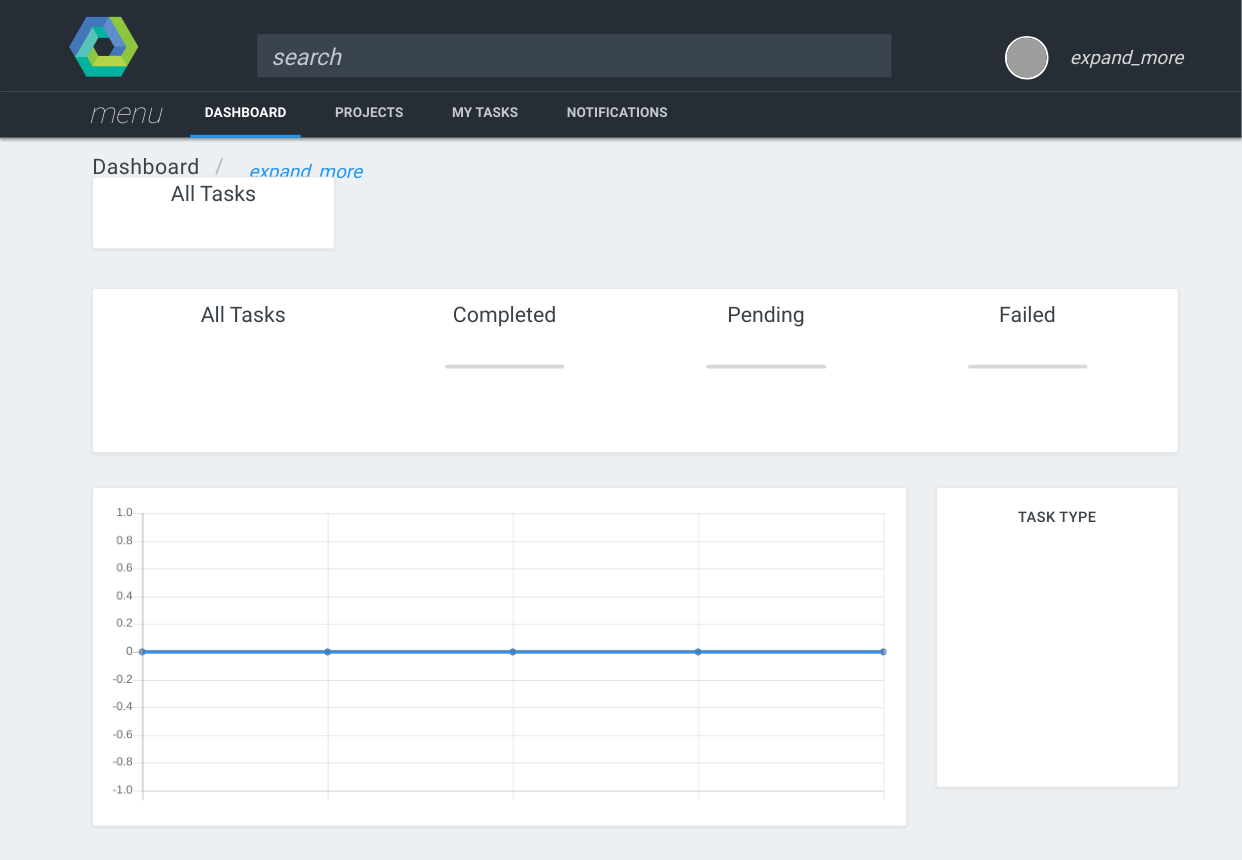
Repository: RenanChagas/ProjectManagement
Page: http://localhost/finalproject/WEB-INF/views/dashboard.jsp
The author's editor kept a copy of each file at every save. The page is drawn from the files as they stood at one save, then again after the next save.
The browser window is 1280 px wide. The pictures show the whole page, at 97% of full size.
Pictures or frames that could not be fetched are drawn as grey boxes. The page is served by Tomcat 9. Nobody is signed in. Other server files are loaded and not shown. The template is opened directly, without the code that normally fills it, so the values that code supplies are empty.

Above is the page before, as saved 2017-11-25 17:50:31.

### finalproject/src/main/webapp/WEB-INF/views/dashboard.jsp
<%@ page language="java" contentType="text/html; charset=ISO-8859-1" pageEncoding="ISO-8859-1"%>
<%@ taglib prefix="c" uri="http://java.sun.com/jsp/jstl/core"%>
<%@ taglib prefix="form" uri="http://www.springframework.org/tags/form"%>
<%@ taglib prefix="t" uri="http://www.springframework.org/tags"%>

<!DOCTYPE html>
<html lang="en">
<head>
  <meta http-equiv="Content-Type" content="text/html; charset=UTF-8"/>
  <meta name="viewport" content="width=device-width, initial-scale=1, maximum-scale=1.0"/>
  <title>Course Management</title>

  <!-- CSS  -->
  <link href="https://fonts.googleapis.com/icon?family=Material+Icons" rel="stylesheet">
  <link type="text/css" rel="stylesheet" media="screen,projection" href="<c:url value='/static/css/materialize.css' />"/>
  <link type="text/css" rel="stylesheet" media="screen,projection" href="<c:url value='/static/css/custom-css.css' />"/>

  <!--  Scripts-->
  <script src="<c:url value="/static/js/jquery-2.1.1.min.js" />"></script>
  <script src="<c:url value="/static/js/materialize.js" />"></script>
  <script src="<c:url value="/static/js/Chart.js" />"></script>
  <script src="<c:url value="/static/js/menu.js" />"></script>

  <!-- Website Logo -->
  <link rel="icon" href="<c:url value="/static/images/default/logo.png"/>">

  <script type="text/javascript">
	  $(document).ready(function() {

		  var completedTaskPerc = ${percCompletedTasks} + '%';
		  var percPendingTasks = ${percPendingTasks} + '%';
		  var percFailedTasks = ${percFailedTasks} + '%';

		  $('#completedTasks').attr('style','width: ' + completedTaskPerc);
		  $('#pendingTasks').attr('style','width: ' + percPendingTasks);
		  $('#failedTasks').attr('style','width: ' + percFailedTasks);

			//Window refresh
			if ($(window).width() <= 600) {
		      $("#MDC-dashboard-taskType").removeClass('right');
		  }

			if ($(window).width() >= 600) {
				$("#MDC-dashboard-taskType").addClass('right');
			}

	  });

	  $(window).resize(function() {
		  if ($(window).width() <= 600) {
		      $("#MDC-dashboard-taskType").removeClass('right');
		  }
		  else if ($(window).width() >= 600) {
				$("#MDC-dashboard-taskType").addClass('right');
			}
	  });
  </script>

</head>
<body>
<c:set var="contextPath" value="${pageContext.request.contextPath}"/>

	<!-- NAV TOP  -->
	<nav id="logo_nav" class="MDC-navbar-style MDC-shadow-0 hide-on-small-and-down">
    	<div class="nav-wrapper MDC-nav-margin">
    		<!--  NAV CONTAINER -->
      		<div class="row MDC-nav-top-container ">

        	<!-- Logo -->
        	<div class="col s12 m3 l2">
          		<div class="MDC-nav-logo-position">
          			<img src="<c:url value="/static/images/default/logo.png"/>" class="MDC-nav-logo-size"/>
          		</div>
        	</div>

        	<!-- Search -->
        	<div class="col s12 m7 l7">
          		<div class="MDC-nav-search-position">
            	<form>
              		<div class="input-field">
                		<input id="search" type="search" class="MDC-nav-search-focus" required>
                		<label class="label-icon" for="search"><i class="material-icons MDC-nav-search-focus">search</i></label>
                  		<i class="material-icons MDC-nav-search-focus">close</i>
              		</div>
            	</form>
          		</div>
        	</div>

        	<!-- Avatar -->
        	<div class="col s12 m2 l3">
          		<div class="MDC-nav-account-position">
	            	<!-- Dropdown Trigger -->
	            	<a class="dropdown-button " data-beloworigin="true"
	               		href='#' data-activates='account-dropdown'>
	               		<div class="MDC-nav-account-option-position hide-on-med-and-down">
	                		 <i class="material-icons MDC-icon-small MDC-color-grey-light">expand_more</i>
	               		</div>
	               		<span class="MDC-login-text MDC-nav-account-text-position
	               					MDC-color-grey-light hide-on-med-and-down">
	                 	${user.username}
	               		</span>
	               		<img src="<c:url value="/static/images/avatar/${user.username}/${user.username}.png"/>"
	               				class="MDC-avatar-circle-small mdc-nav-avatar-position"/>
	            	</a>
	            	<!-- Dropdown Structure -->
	            	<ul id='account-dropdown' class='dropdown-content MDC-nav-account-dropdown-position'>
	              		<li><a id="profile" class="modal-trigger MDC-color-grey-dark-2 MDC-font-15" href="${contextPath}/profile">Profile</a></li>
	              		<li class="divider"></li>
	              		<li><a class="MDC-color-grey-dark-2 MDC-font-15" href="${contextPath}/logout">Logout</a></li>
	            	</ul>
          		</div>
        	</div>

			</div>
			<!--  NAV CONTAINER - END-->
		</div>
	</nav>
	<!-- NAV TOP - END -->

  <!-- NAV MENU  -->
  <div class="MDC-menu-fullWidth">
    <div class="MDC-shadow-bottom">
      <header class="MDC-shadow-bottom">
        <nav id="menu_nav" class="MDC-navbar-menu-size MDC-navbar-style MDC-shadow-0 MDC-nav-margin">
          <div class="nav-wrapper MDC-nav-margin MDC-left">
            <!-- MENU ROW -->
            <div class="row">
              <div class="col">
                <div class="MDC-nav-menu-container">

                  <ul id="nav-mobile" class="MDC-nav-menu-ul left left-align">
                    <a href="#" id="mobile-icon" onclick="openNav()" class="left MDC-padding-mobile-0
                    MDC-hover-none">
                      <i class="material-icons MDC-nav-tabs-icon MDC-color-grey-light">
                        menu
                      </i>
                    </a>
                    <li class="MDC-navbar-menu"><a class="active MDC-navbar-active" href="${contextPath}/dashboard">Dashboard</a></li>
                    <li class="MDC-navbar-menu"><a href="${contextPath}/projects">Projects</a></li>
                    <li class="MDC-navbar-menu"><a href="${contextPath}/myTasks">My Tasks</a></li>
                    <li class="MDC-navbar-menu"><a href="${contextPath}/notification">Notifications
                      </a>
                    </li>
                  </ul>
                  <div id="mySidenav" class="MDC-sidenav">
                    <a href="javascript:void(0)" class="MDC-closebtn" onclick="closeNav()">x</a>
                    <a href="${contextPath}/dashboard">Dashboard</a>
                    <a href="${contextPath}/projects">Projects</a>
                    <a href="${contextPath}/myTasks">My Tasks</a>
                    <a href="${contextPath}/notification">Notifications</a>
                    <a href="${contextPath}/profile">Profile</a>
                    <a href="${contextPath}/logout">Logout</a>
                  </div>

                </div>
              </div>
            </div>
            <!-- MENU ROW - END -->
          </div>
        </nav>
      </header>
    </div>
  </div>
  <!-- NAV MENU - END -->

  <!-- TITLE PAGE -->
  <div class="row  MDC-page-center MDC-page-container">
    <div class="col MDC-padding-0 left">
      <div class="MDC-page-title-size">
        <font class="MDC-h5-style MDC-color-grey-dark-2 MDC-display-inline hide-on-small-and-down">Dashboard</font>
        <font class="MDC-h5-style MDC-color-grey-light-2 MDC-display-inline MDC-relative
                     MDC-news-counterBar-position hide-on-small-and-down">/
        </font>
        <font class="MDC-h5-style MDC-color-blue MDC-display-inline">${user.username}</font>
        <i class="material-icons MDC-icon-small MDC-color-blue
                  MDC-news-expand-icon-position MDC-relative">expand_more</i>

      </div>
    </div>
  </div>
  <!-- TITLE PAGE - END -->

  <!-- RESUME CONTAINER -->
  <div class="MDC-page-center MDC-page-container">
    <!-- RESUME CONTENT -->

    <!-- All Courses -->
            <div class="col s12 m6 l3 MDC-card MDC-course-card-size hide-on-large">
              <div class="row center">
                <font class="MDC-font-22 MDC-color-grey-dark-2">
                  All Tasks
                </font>
              </div>
              <div class="row center">
                <font class="MDC-font-60 MDC-font-bold MDC-color-grey">
                  ${allTasks}
                </font>
              </div>
            </div>





    <div class="row MDC-page-margin-top hide-on-med-and-down ">
      <div class="col l12 MDC-padding-0 MDC-margin-right40">
        <div class="MDC-card MDC-dashboard-card-size">
          <div class="MDC-card-news-container">

            <!-- All Courses -->
            <div class="col s12 m6 l3">
              <div class="row center">
                <font class="MDC-font-22 MDC-color-grey-dark-2">
                  All Tasks
                </font>
              </div>
              <div class="row center">
                <font class="MDC-font-60 MDC-font-bold MDC-color-grey">
                  ${allTasks}
                </font>
              </div>
            </div>

            <!-- Completed Courses -->
            <div class="col s12 m6 l3">
              <div class="row center">
                <font class="MDC-font-22 MDC-color-grey-dark-2">
                  Completed
                </font>
              </div>
              <div class="row center">
                <font class="MDC-font-60 MDC-font-bold MDC-color-grey ">
                  ${completedTasks}
                </font>
                <div class="progress MDC-progressBar-50 MDC-margin-0 MDC-top15 MDC-background-grey-light">
                  <div id="completedTasks" class="determinate"></div>
                </div>
              </div>
            </div>

            <!-- Missing Courses -->
            <div class="col s12 m6 l3">
              <div class="row center">
                <font class="MDC-font-22 MDC-color-grey-dark-2">
                  Pending
                </font>
              </div>
              <div class="row center">
                <font class="MDC-font-60 MDC-font-bold MDC-color-grey ">
                  ${pendingTasks}
                </font>
                <div class="progress MDC-progressBar-50 MDC-margin-0 MDC-top15 MDC-background-grey-light">
                  <div id="pendingTasks" class="determinate yellow darken-2"></div>
                </div>
              </div>
            </div>

            <!-- Overdue Courses -->
            <div class="col s12 m6 l3">
              <div class="row center">
                <font class="MDC-font-22 MDC-color-grey-dark-2">
                  Failed
                </font>
              </div>
              <div class="row center">
                <font class="MDC-font-60 MDC-font-bold MDC-color-grey ">
                  ${failedTasks}
                </font>
                <div class="progress MDC-progressBar-50 MDC-margin-0 MDC-top15 MDC-background-grey-light">
                  <div id="failedTasks" class="determinate red darken-1"></div>
                </div>
              </div>
            </div>

          </div>
        </div>
      </div>
    </div>
    <!-- RESUME CONTENT - END -->

    <!-- Graphics -->
    <div class="row">
      <div class="col l9 MDC-padding-0  hide-on-med-and-down left">
        <div class="MDC-card MDC-dashboardGraphics-card-size">
          <div class="MDC-card-news-container">

            <div>
                <canvas class="MDC-margin-top20 " id="chartjs-Months" width="100" height="320"></canvas>
            </div>
            <script type="text/javascript">


            new Chart(document.getElementById("chartjs-Months"), {

              type: 'line',
              data: {
                labels: ["" + "${months[4]}" + "", "" + "${months[3]}" + "", "" + "${months[2]}" + "", "" + "${months[1]}" + "", "" + "${months[0]}" + ""],
                datasets: [
                  {
                    label: "Tasks Completed",
                    borderColor: "#2196F3",
                    data: ["" + "${completedTasksNumber[4]}" + "","" + "${completedTasksNumber[3]}" + "","" + "${completedTasksNumber[2]}" + "","" + "${completedTasksNumber[1]}" + "", "" + "${completedTasksNumber[0]}" + ""],
                    fill: false,
                    lineTension: 0.2
                  },
                  {
                    label: "Tasks Failed",
                    borderColor: "#e53935",
                    data: ["" + "${failedTasksNumber[4]}" + "","" + "${failedTasksNumber[3]}" + "","" + "${failedTasksNumber[2]}" + "","" + "${failedTasksNumber[1]}" + "", "" + "${failedTasksNumber[0]}" + ""],
                    fill: false,
                    lineTension: 0.2
                  },
                  {
                    label: "Tasks Pending",
                    borderColor: "#fbc02d",
                    data: ["" + "${pendingTasksNumber[4]}" + "","" + "${pendingTasksNumber[3]}" + "","" + "${pendingTasksNumber[2]}" + "","" + "${pendingTasksNumber[1]}" + "", "" + "${pendingTasksNumber[0]}" + ""],
                    fill: false,
                    lineTension: 0.2
                  }
                ]
              },
              "options":{
                "legend": {
                  display: false
                },
                "responsive": true,
                "maintainAspectRatio": false,
                "scales": {
                  "xAxes": [{
                            "gridLines": {
                              display:true
                            }
                  }],
                  "yAxes": [{
                            "gridLines": {
                              display:true
                            }
                            }]
                  }
              }
            });

            </script>

          </div>
        </div>
      </div>

      <!-- Courses -->
      <div class="col s12 m6 l3 MDC-padding-0 right">
        <div id="MDC-dashboard-taskType" class="MDC-card MDC-course-card-size right MDC-dashboard-taskType MDC-dashboard-padding-bottom">

          <!-- Task Title -->
          <div class="row center MDC-margin-top10">
            <font class="truncate MDC-font-15 MDC-color-grey-dark-2 MDC-font-h1">
                Task Type
              </font>
          </div>

          <!-- Image -->
          <a href="#">
            <div class="row center MDC-margin-top20">
              <div class="MDC-margin-right20 MDC-margin-left20">
                  <canvas class="MDC-margin-top20 center" id="chartjs-doughnut" width="10" height="10"></canvas>
              </div>
              <script type="text/javascript">
              new Chart(document.getElementById("chartjs-doughnut"), {
                type: 'doughnut',
                data: {
                  labels: ["Bug", "Test"],
                  datasets: [ {
                    data: [
                      "" + "${taskTypeBug}" + "",
                      "" + "${taskTypeTest}" + ""
                    ],
                    backgroundColor: [
                    "#e53935",
                    "#00b39f",
                    ],
                    label: ""
                  }]
                },
                "options":{
                  "legend": {
                    display: false,
                    top: "50",
                    position: "bottom"
                  },
                  animation: {
                  animateScale: true,
                  animateRotate: true
                  }
                }
              });

              </script>
            </div>
          </a>

          <!-- Task Description -->
          <div class="row center MDC-margin-bottom-10">
            <font class="truncate MDC-font-16-2 MDC-color-grey MDC-font-h1
                        MDC-uppercase-none">
               ${months[0]}
            </font>
          </div>

        <!-- CARD END -->
        </div>
      </div>
      <!-- Courses END -->


    </div>


  </div>
  <!-- RESUME CONTAINER - END -->

</body>
</html>

Loaded but not shown: finalproject/src/main/webapp/static/css/materialize.css (library); finalproject/src/main/webapp/static/js/jquery-2.1.1.min.js (library); finalproject/src/main/webapp/static/js/materialize.js (library); finalproject/src/main/webapp/static/js/Chart.js (library); finalproject/src/main/webapp/static/js/menu.js (49 lines, source omitted); finalproject/src/main/webapp/static/css/custom-css.css (1593 lines, source omitted)

After the next save:
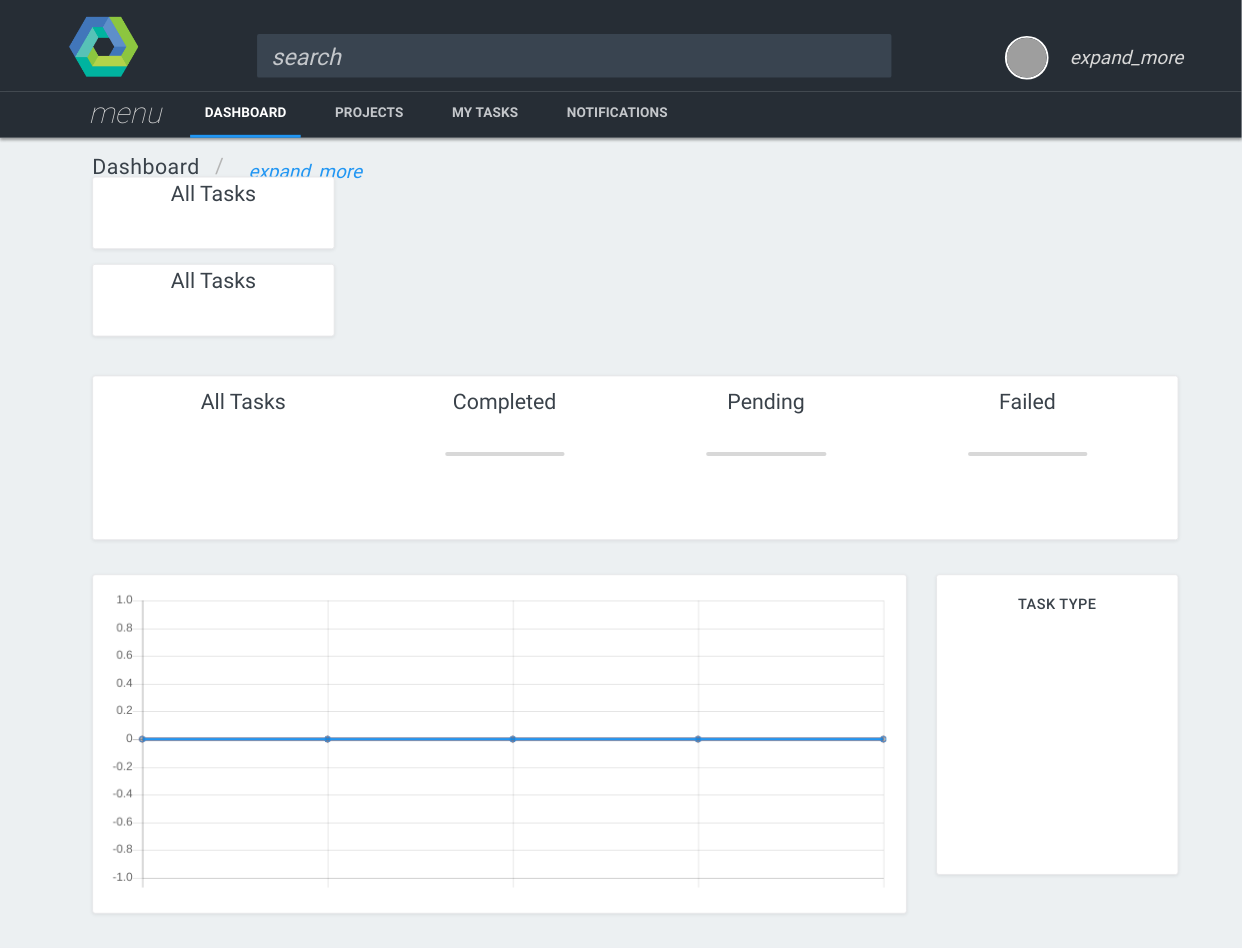
Saved 29 s later.
--- a/finalproject/src/main/webapp/WEB-INF/views/dashboard.jsp
+++ b/finalproject/src/main/webapp/WEB-INF/views/dashboard.jsp
@@ -185,6 +185,19 @@
     <!-- RESUME CONTENT -->
 
     <!-- All Courses -->
+            <div class="col s12 m6 l3 MDC-card MDC-course-card-size hide-on-large">
+              <div class="row center">
+                <font class="MDC-font-22 MDC-color-grey-dark-2">
+                  All Tasks
+                </font>
+              </div>
+              <div class="row center">
+                <font class="MDC-font-60 MDC-font-bold MDC-color-grey">
+                  ${allTasks}
+                </font>
+              </div>
+            </div>
+
             <div class="col s12 m6 l3 MDC-card MDC-course-card-size hide-on-large">
               <div class="row center">
                 <font class="MDC-font-22 MDC-color-grey-dark-2">
